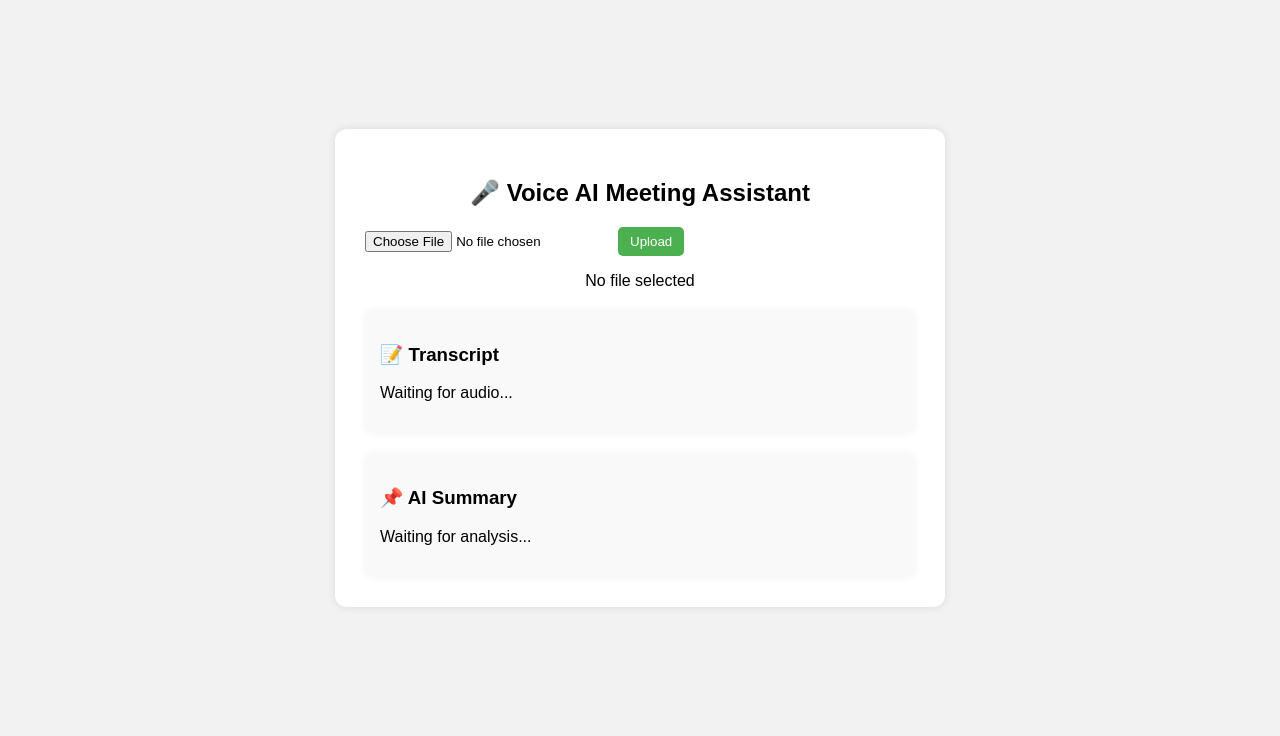
Repository: MujtabaHabib/Voice-AI-Meeting-Assistant
Page: index.html
An editor plug-in stored every save of this project. The page is shown before and after a run of saves, followed by the edit.
The browser window is 1280 px wide. The pictures show the whole page.

Above is the page before, as saved 2026-02-01 22:34:39.

After the next 3 saves:
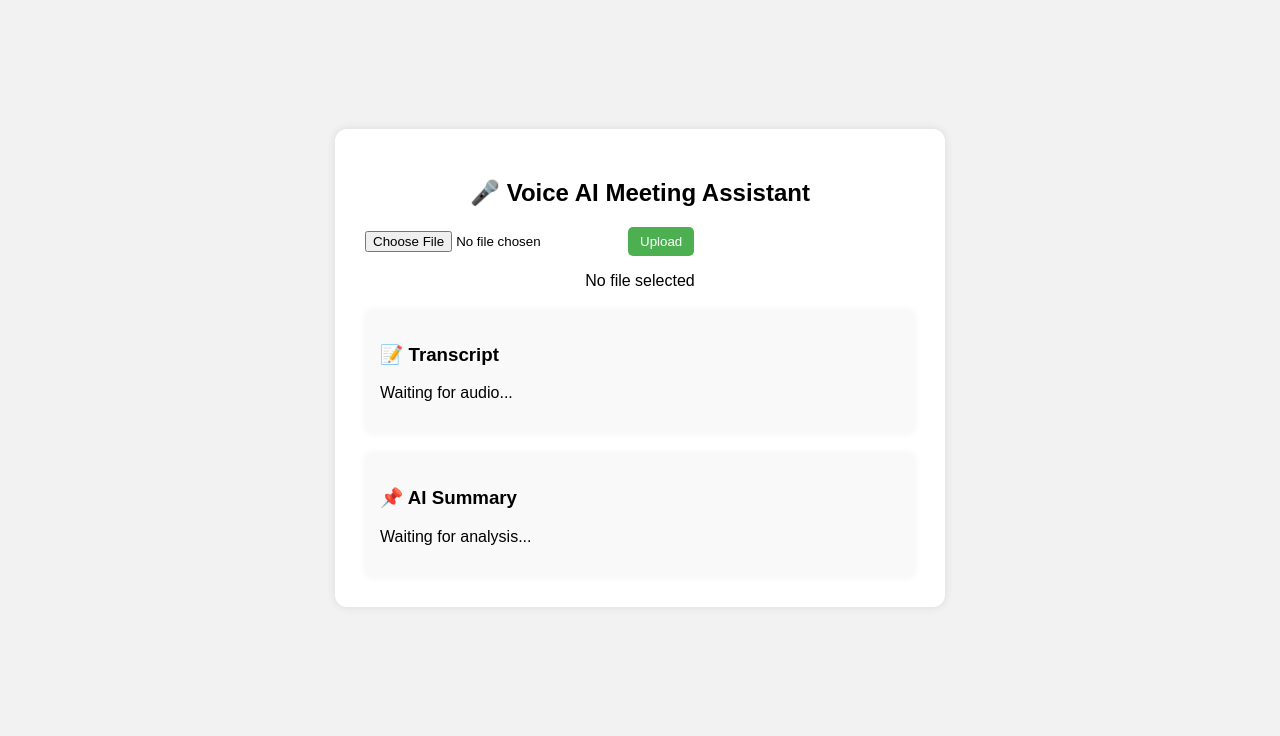
The 3 saves are shown as one change because they came seconds apart.
The last was saved 13 s later.
--- a/style.css
+++ b/style.css
@@ -43,5 +43,6 @@ button:hover{
     display: flex;
     justify-content: flex-start;
     align-items: center;
-    gap=10px;
+    gap: 10px;
+
 }
